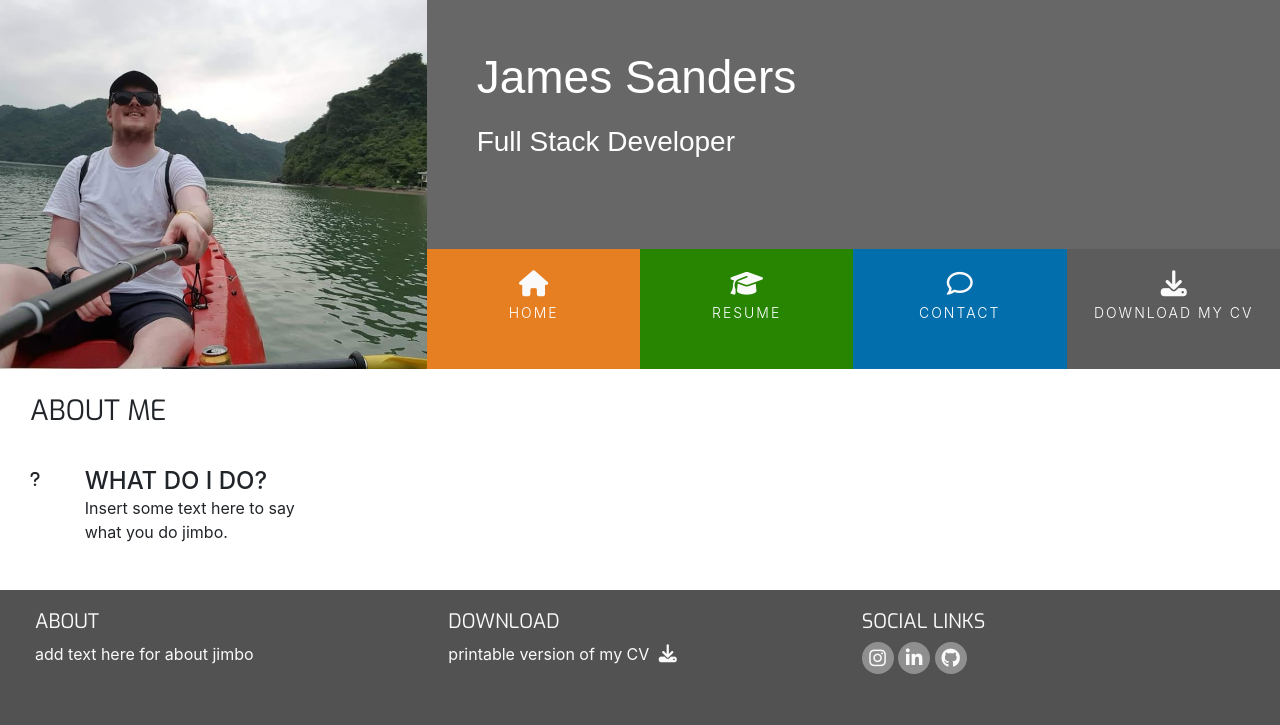
Repository: JaySanders95/my-online-resume
Page: index.html
An editor plug-in stored every save of this project. The page is shown before and after the next save, followed by the edit.
The browser window is 1280 px wide. The pictures show the whole page.
Some web fonts or font styles are not loaded; a fallback is used. Some web libraries are served in a nearby version.

Above is the page before, as saved 2023-04-19 19:58:13.

After the next save:
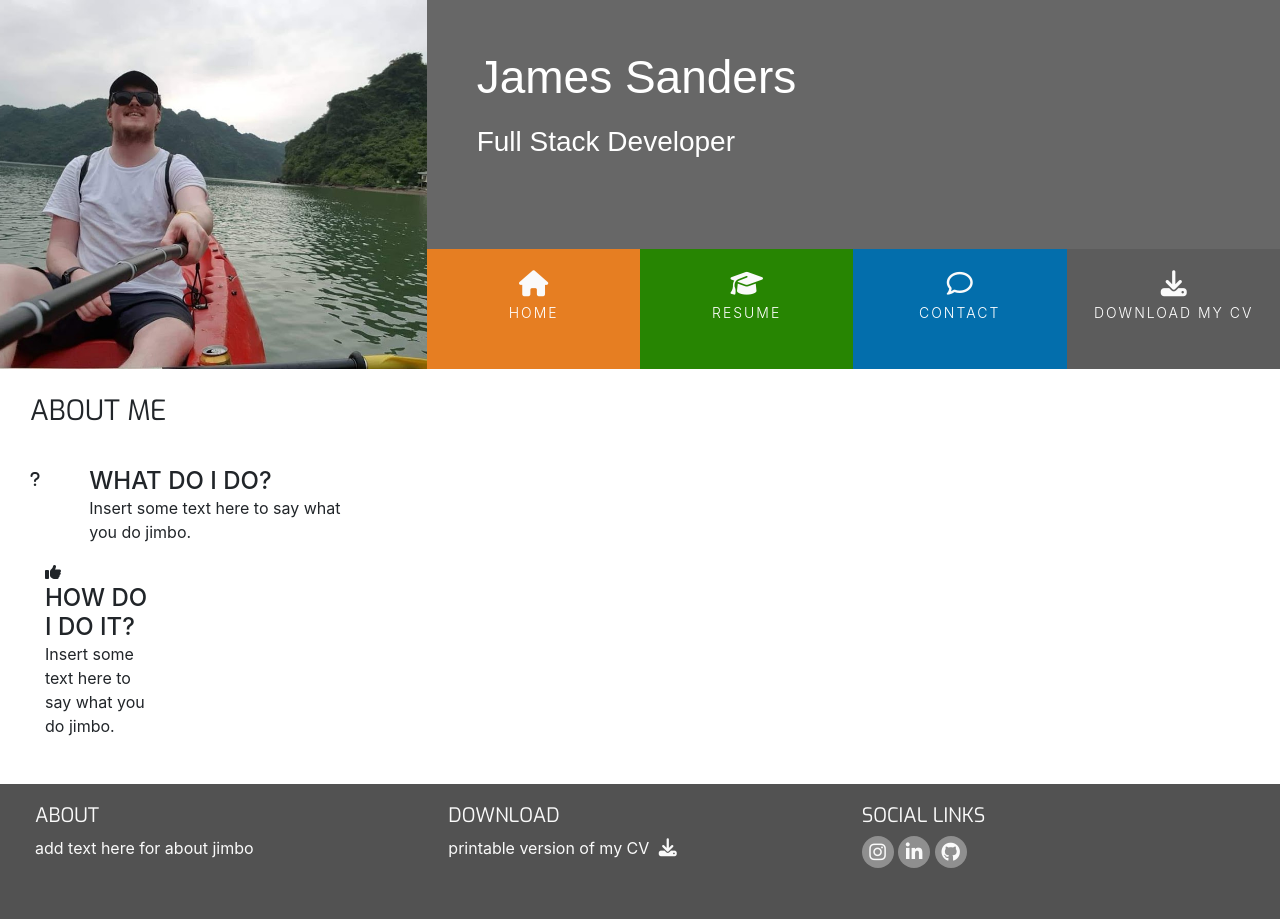
Saved 10 min 41 s later.
--- a/index.html
+++ b/index.html
@@ -66,6 +66,18 @@
                                 </p>
                             </div>
                         </div>
+                        <div class="col-10 offset-1 offset-sm-0 col-sm-4 col-md-6">
+                            <div class="row">
+                                <div class="col-2">
+                                    <i class="three-reasons-icon fa fa-thumbs-up" aria-hidden="true"></i>
+                                </div>
+                                <div class="col-10">
+                                    <h4 class="three-reasons-heading uppercase">How do I do it?</h4>
+                                    <p>
+                                        Insert some text here to say what you do jimbo.
+                                    </p>
+                                </div>
+                            </div>
                     </div>
                 </div>
             </div>
